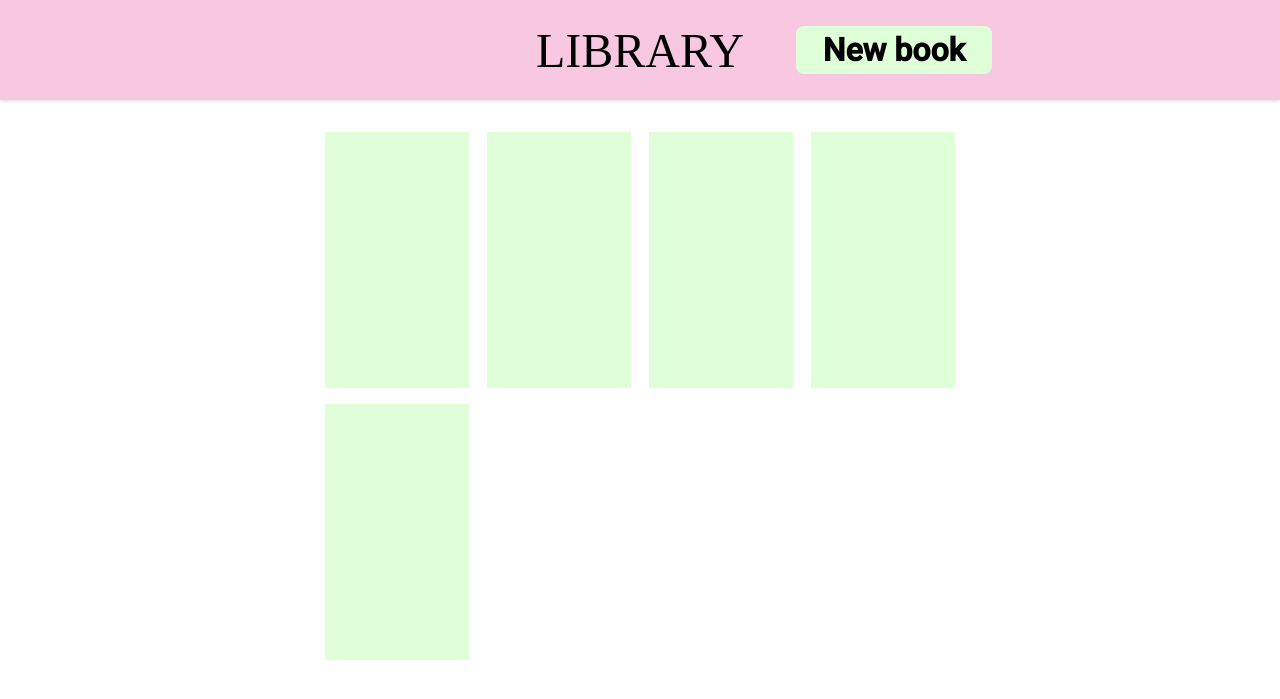
Repository: yeetzpxoci/library
Page: index.html
The author's editor kept a copy of each file at every save. The page is drawn from the files as they stood at one save, then again after the next save.
The browser window is 1280 px wide. The pictures show the whole page.
Some web fonts or font styles are not loaded; a fallback is used.

Above is the page before, as saved 2023-02-21 15:03:51.

After the next save:
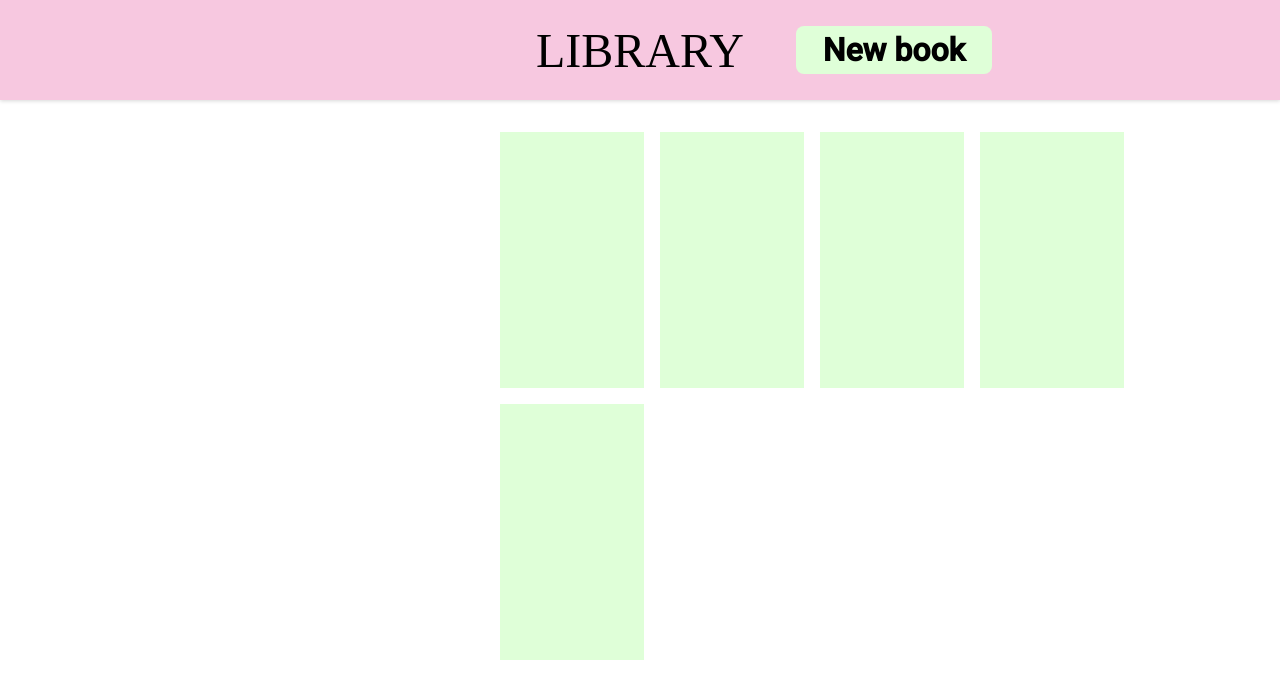
Saved 5 s later.
--- a/styles.css
+++ b/styles.css
@@ -41,8 +41,8 @@ body {
     grid-template-columns: 1fr 1fr 1fr 1fr;
     gap: 16px;
     margin-top: 32px;
-    margin-right: 324px;
-    margin-left: 324px;
+    margin-right: 500px;
+    margin-left: 500px;
 }
 
 .card {
